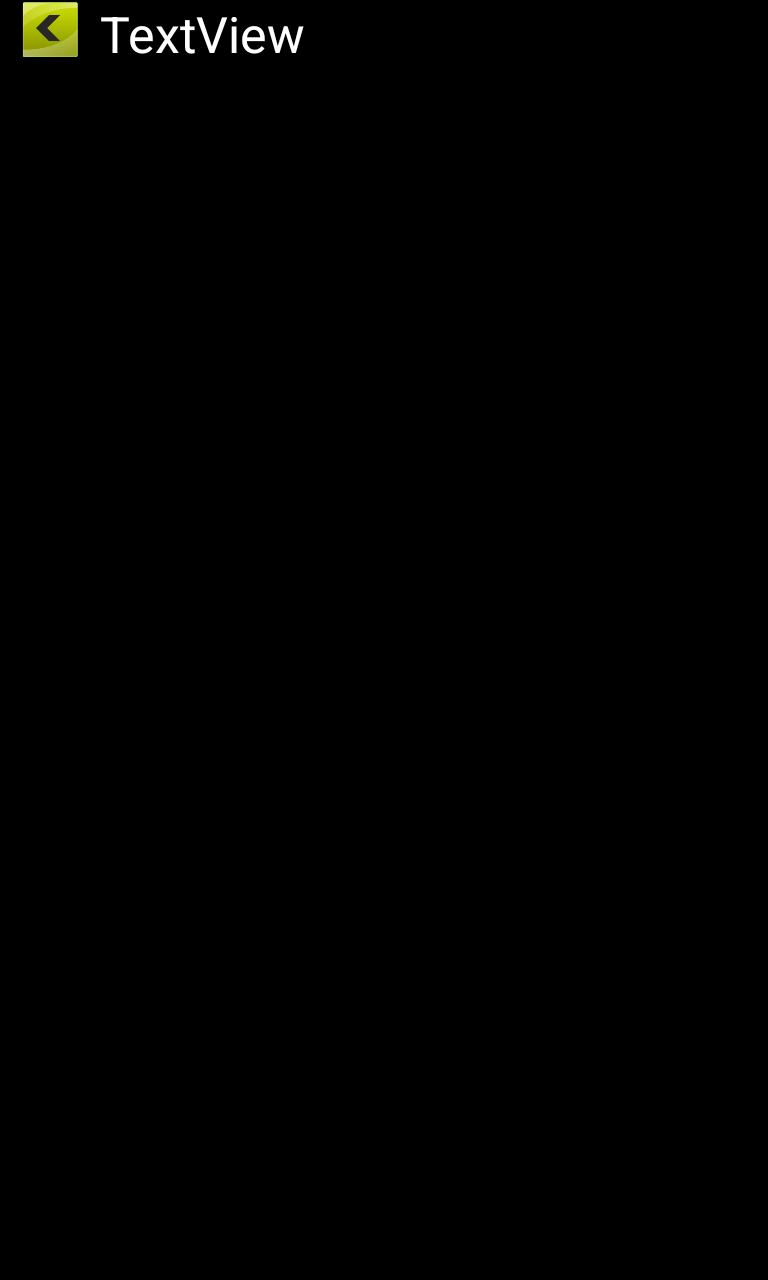
Repository: jeissie/MakeMoney
Layout: MakeMoney/res/layout/frame_left_menu_item.xml
An editor plug-in stored every save of this project. The layout is shown before and after the next save, followed by the edit.
It is drawn on a 768 x 1280 px phone screen (xhdpi) without system bars, with theme AppTheme; the app's code is not run.

Above is the layout before, as saved 2014-01-03 15:33:12.

After the next save:
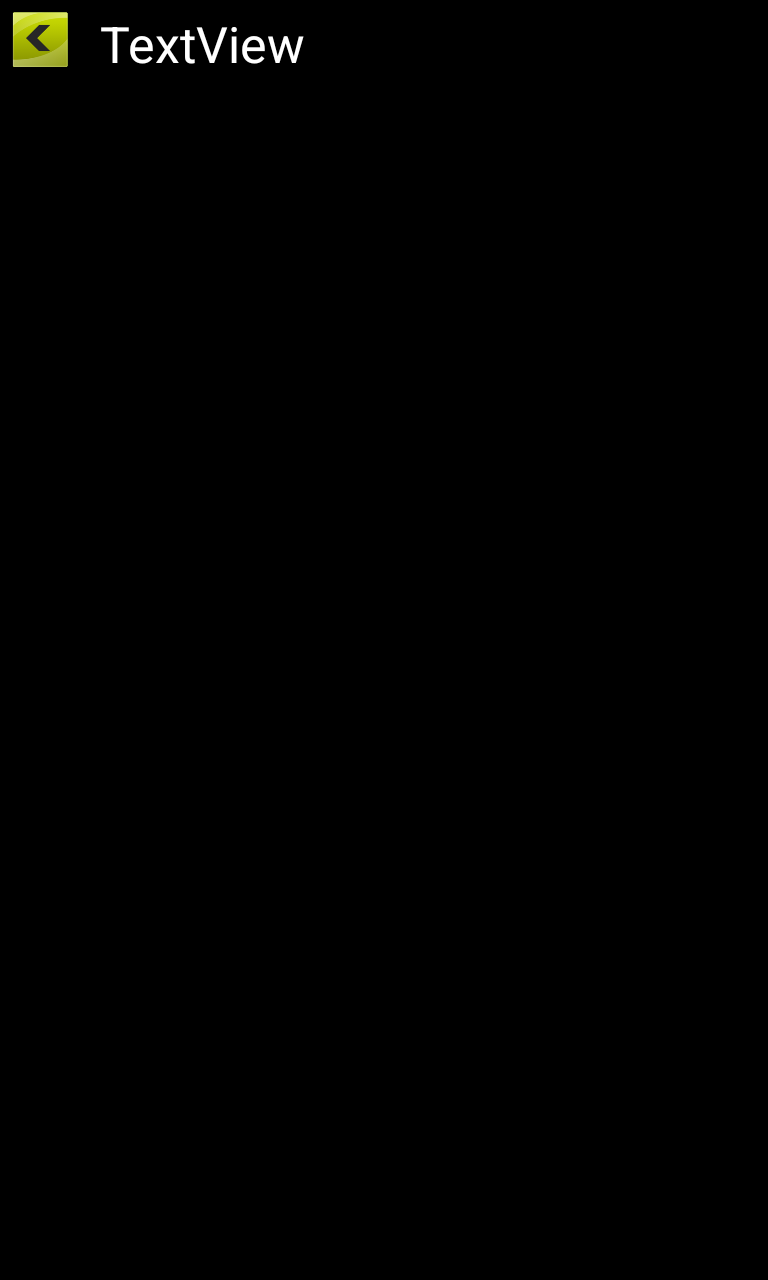
Saved 65 s later.
--- a/MakeMoney/res/layout/frame_left_menu_item.xml
+++ b/MakeMoney/res/layout/frame_left_menu_item.xml
@@ -12,7 +12,8 @@
         android:layout_alignParentLeft="true"
         android:layout_alignParentTop="true"
         android:layout_marginLeft="10dp"
-        android:src="@drawable/back" />
+        android:src="@drawable/back"
+        android:layout_margin="5dp"/>
 
     <TextView
         android:id="@+id/text"
